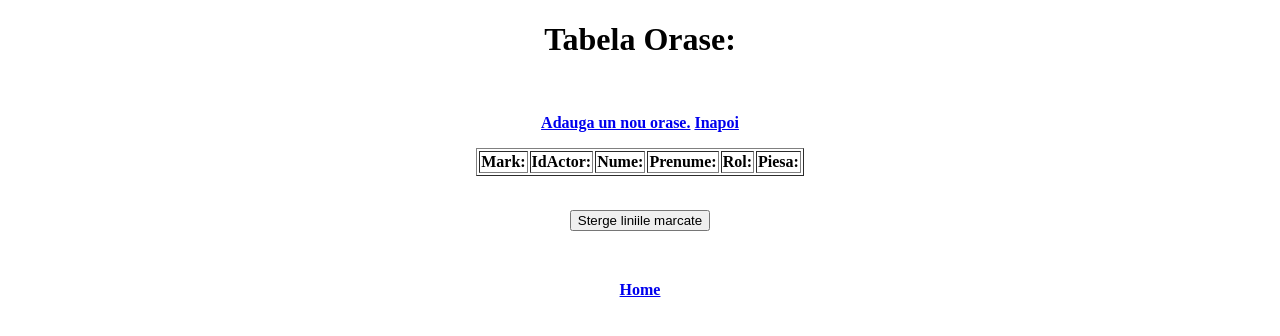
Repository: SusStefan/ActorDB
Page: http://localhost/Actori/tabela_orase.jsp
These files come from the project's save history. The page is drawn as it stood at one moment and after the next save; the edit follows.
The browser window is 1280 px wide. The pictures show the whole page.
The page is served by Tomcat 9. Queries for data that is not in the repository find no rows.

Above is the page before, as saved 2025-12-10 04:28:05.

After the next save:
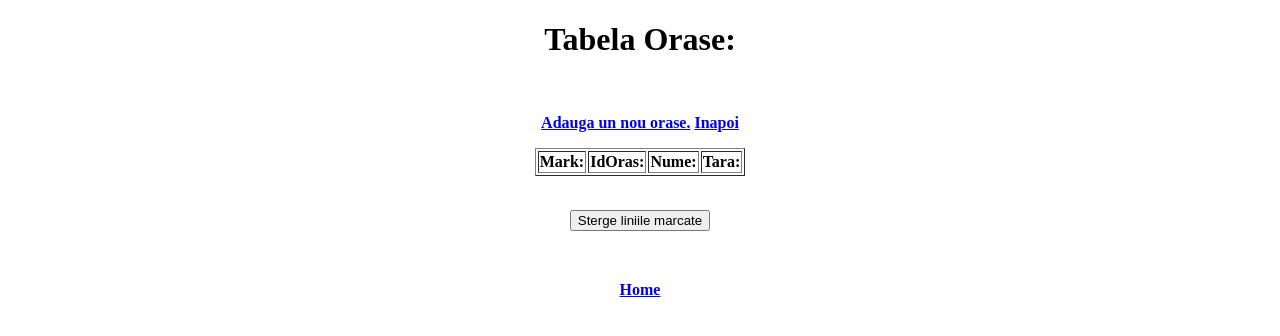
Saved 18 s later.
--- a/Actori/src/main/webapp/tabela_orase.jsp
+++ b/Actori/src/main/webapp/tabela_orase.jsp
@@ -4,7 +4,7 @@
 <html>
  <head>
  <meta http-equiv="Content-Type" content="text/html; charset=UTF-8">
- <title>Tabela Actoris</title>
+ <title>Tabela Orase</title>
  </head>
  <jsp:useBean id="jb" scope="session" class="db.JavaBean" />
  <jsp:setProperty name="jb" property="*" />
@@ -17,11 +17,9 @@ href="index.html"><b>Inapoi</b></a></p>
  <table border="1" align="center">
  <tr>
  <td><b>Mark:</b></td>
- <td><b>IdActor:</b></td>
+ <td><b>IdOras:</b></td>
  <td><b>Nume:</b></td>
- <td><b>Prenume:</b></td>
- <td><b>Rol:</b></td>
- <td><b>Piesa:</b></td>
+ <td><b>Tara:</b></td>
  </tr>
  <%
  jb.connect();
